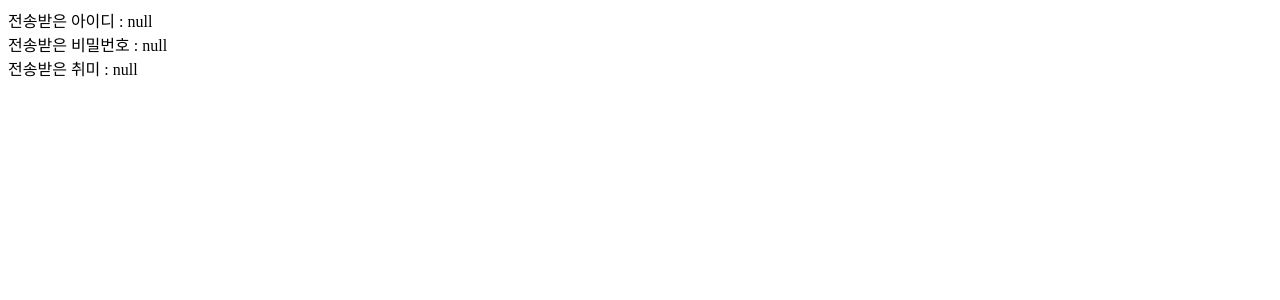
Repository: eun-chongzzz/jsp_practice
Page: http://localhost/JSPBasic/jspObject/1.requests/req_param_getpost.jsp
The author's editor kept a copy of each file at every save. The page is drawn from the files as they stood at one save, then again after the next save.
The browser window is 1280 px wide. The pictures show the whole page.
The page is served by Tomcat 9.

Above is the page before, as saved 2022-02-03 06:37:25.

### JSPBasic/src/main/webapp/jspObject/1.requests/req_param_getpost.jsp
<%@page import="java.util.*"%>
<%@ page language="java" contentType="text/html; charset=UTF-8"
    pageEncoding="UTF-8"%>
<%
	// name "apple"에 딸려온 데이터 조회
	String id = request.getParameter("apple");
	// name "banana"에 딸려온 데이터를 변수 pw에 저장 후 body에 출력해보세요.
	String pw = request.getParameter("banana");
	// checkbox에 딸려온 데이터를 변수 hobby에 저장 후 body에 줄쳑해보세요.
	String[] hobby = request.getParameterValues("hobby");
%>
<!DOCTYPE html>
<html>
<head>
<meta charset="UTF-8">
<title>Insert title here</title>
</head>
<body>
	전송받은 아이디 : <%=id %><br/>
	전송받은 비밀번호 : <%=pw %><br/>
	전송받은 취미 : <%=Arrays.toString(hobby)%>
</body>
</html>

After the next save:
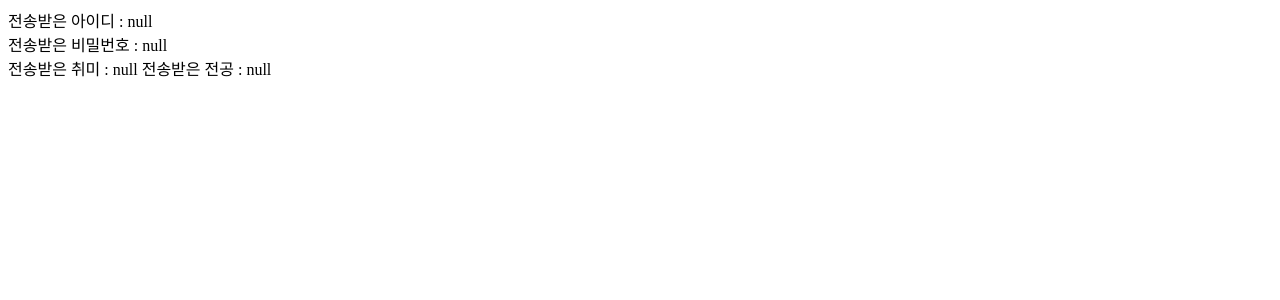
Saved 1 s later.
--- a/JSPBasic/src/main/webapp/jspObject/1.requests/req_param_getpost.jsp
+++ b/JSPBasic/src/main/webapp/jspObject/1.requests/req_param_getpost.jsp
@@ -8,6 +8,8 @@
 	String pw = request.getParameter("banana");
 	// checkbox에 딸려온 데이터를 변수 hobby에 저장 후 body에 줄쳑해보세요.
 	String[] hobby = request.getParameterValues("hobby");
+
+	String major  = request.getParameter("class");
 %>
 <!DOCTYPE html>
 <html>
@@ -19,5 +21,6 @@
 	전송받은 아이디 : <%=id %><br/>
 	전송받은 비밀번호 : <%=pw %><br/>
 	전송받은 취미 : <%=Arrays.toString(hobby)%>
+	전송받은 전공 : <%=major %>
 </body>
 </html>
